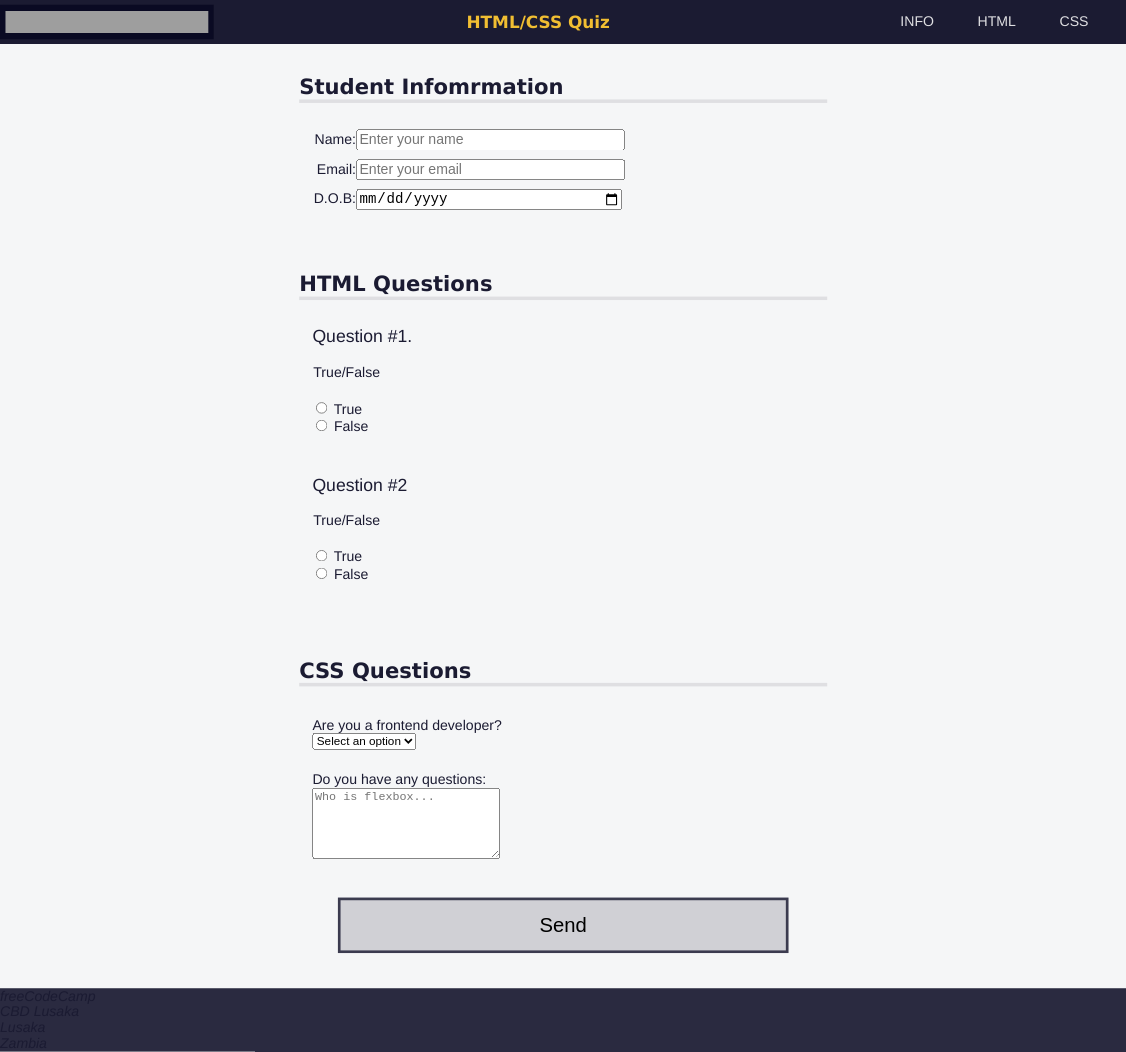
Repository: Lungdjos/accessibility_build_quiz
Page: index.html
The author's editor kept a copy of each file at every save. The page is drawn from the files as they stood at one save, then again after the next save.
The browser window is 1280 px wide. The pictures show the whole page, at 88% of full size.
Pictures or frames that could not be fetched are drawn as grey boxes.

Above is the page before, as saved 2023-10-30 09:55:42.

### index.html
<!DOCTYPE html>
<html lang="en">

<head>
    <meta charset="UTF-8">
    <meta name="viewport" content="width=device-width, initial-scale=1.0">
    <meta name="description" content="Accessibility">
    <title>HTML/CSS Test Quiz</title>
    <link rel="stylesheet" href="styles.css">
</head>

<body>
    <header>
        <img src="https://cdn.freecodecamp.org/platform/universal/fcc_primary.svg" alt="" id="logo">
        <h1>HTML/CSS Quiz</h1>
        <nav>
            <ul>
                <li>
                    <a href="#student-info">info</a></li>
                <li>
                    <a href="#html-questions">html</a></li>
                <li>
                    <a href="#css-questions">css</a></li>
            </ul>
        </nav>
    </header>
    <main>
        <form action="https://freecodecamp.org/practice-project/accessibility-quiz" method="post">
            <section role="region" aria-labelledby="student-info">
                <h2 id="student-info">Student Infomrmation</h2>
                <div class="info">
                    <label for="student-name">
                        Name:
                    </label><input type="text" name="name" id="student-name" placeholder="Enter your name">
                </div>
                <div class="info">
                    <label for="student-email">
                        Email:
                    </label><input type="email" name="email" id="student-email" placeholder="Enter your email">
                </div>
                <div class="info">
                    <label for="birth-date">
                        D.O.B:<span class="sr-only">(Date of Birth)</span>
                    </label><input type="date" name="dob" id="birth-date">
                </div>
            </section>

            <section role="region" aria-labelledby="html-questions">
                <h2 id="html-questions">HTML Questions</h2>
                <div class="question-block">
                    <p>1.</p>
                    <fieldset name="first-question" class="question">
                        <legend>True/False</legend>
                        <ul class="answers-list">
                            <li>
                                <label for="q1-a1">
                                    <input type="radio" value="true" name="q1-answ" id="q1-a1"> True
                                </label>
                            </li>
                            <li>
                                <label for="q1-a2">
                                    <input type="radio" value="false" name="q1-answ" id="q1-a2"> False
                                </label>
                            </li>
                        </ul>
                    </fieldset>
                </div>
                <div class="question-block">
                    <p>2</p>
                    <fieldset name="second-question" class="question">
                        <legend>True/False</legend>
                        <ul class="answers-list">
                            <li>
                                <label for="q2-a1">
                                    <input type="radio" value="true" name="q2-answ" id="q2-a1"> True
                                </label>
                            </li>
                            <li>
                                <label for="q2-a2">
                                    <input type="radio" value="false" name="q2-answ" id="q2-a2"> False
                                </label>
                            </li>
                        </ul>
                    </fieldset>
                </div>
            </section>

            <section role="region" aria-labelledby="css-questions">
                <h2 id="css-questions">CSS Questions</h2>
                <div class="formrow">
                    <div class="question-block">
                        <label for="customer">Are you a frontend developer?</label>
                    </div>
                    <div class="answer">
                        <select name="customer" id="customer" required>
                            <option value="">Select an option</option>
                            <option value="yes">Yes</option>
                            <option value="no">No</option>
                        </select>
                    </div>

                    <div class="question-block">
                        <label for="css-questions">Do you have any questions:</label>
                    </div>
                    <div class="answer">
                        <textarea name="css-questions" id="css-questions" rows="5" cols="24" placeholder="Who is flexbox..."></textarea>
                    </div>
                </div>
            </section>
            <button type="submit">Send</button>
        </form>
    </main>
    <footer>
        <address>
            freeCodeCamp<br/>
            CBD Lusaka<br/>
            Lusaka<br/>
            Zambia
        </address>
    </footer>
</body>

</html>

### styles.css
/*Content design */

body {
    background: #f5f6f7;
    color: #1b1b32;
    font-family: Helvetica;
    margin: 0;
}

h1 {
    color: #f1be32;
    font-size: min(5vw, 1.2em);
    text-align: center;
}

main {
    padding-top: 25px;
}

h1,
h2 {
    font-family: Verdana, Tahoma;
}

h2 {
    border-bottom: 4px solid #dfdfe2;
    margin-top: 0;
    padding-top: 60px;
}

.sr-only {
    position: absolute;
    width: 1px;
    height: 1px;
    padding: 0;
    margin: -1px;
    overflow: hidden;
    clip: rect(0, 0, 0, 0);
    white-space: nowrap;
    border: 0;
}

p::before {
    content: "Question #";
}

p {
    margin-top: 5px;
    padding-left: 15px;
    font-size: 20px;
}


/* Nav bar design */

header {
    width: 100%;
    height: 50px;
    background-color: #1b1b32;
    display: flex;
    justify-content: space-between;
    align-items: center;
    position: fixed;
    top: 0;
}

#logo {
    width: max(100px, 18vw);
    background-color: #0a0a23;
    aspect-ratio: 35 / 4;
    padding: 0.4rem;
}

nav {
    width: 50%;
    max-width: 300px;
    height: 50px;
}

nav>ul {
    display: flex;
    justify-content: space-evenly;
    text-transform: uppercase;
    align-items: center;
    padding-inline-start: 0;
    margin-block: 0;
    height: 100%;
    flex-wrap: wrap;
}

nav li {
    color: #dfdfe2;
    margin: 0 0.2rem;
    padding: 0.2rem;
    display: block;
}

li>a {
    color: inherit;
}

nav li>a {
    text-decoration: none;
}

nav li>a:hover {
    text-decoration: none;
    background-color: #dfdfe2;
    color: #1b1b32;
    cursor: pointer;
}


/* Form design */

section {
    width: 80%;
    max-width: 600px;
    margin: 0 auto 10px auto;
}

.question {
    /* border-radius: 5px; */
    border: none;
    padding-bottom: 0;
}

.info {
    padding: 10px 0 0 5px;
}

.info input {
    width: 50%;
    text-align: left;
}

.info label {
    width: 10%;
    min-width: 55px;
}

.info input,
.info label {
    display: inline-block;
}

label {
    text-align: right;
}

.formrow {
    margin-top: 30px;
    padding: 0px 15px;
}

input {
    font-size: 16px;
}

.question-block {
    text-align: left;
    display: block;
    width: 100%;
    margin-top: 20px;
    padding-top: 5px;
}

.answers-list {
    list-style: none;
    padding: 0;
}

button {
    display: block;
    margin: 40px auto;
    width: 40%;
    padding: 15px;
    font-size: 23px;
    background: #d0d0d5;
    border: 3px solid #3b3b4f;
}

button:hover {
    background: #3b3b4f;
    color: #d0d0d5;
    border-radius: 3px;
}


/* Footer design */

footer {
    background-color: #2a2a40;
    flex: content color: #fff;
}

After the next save:
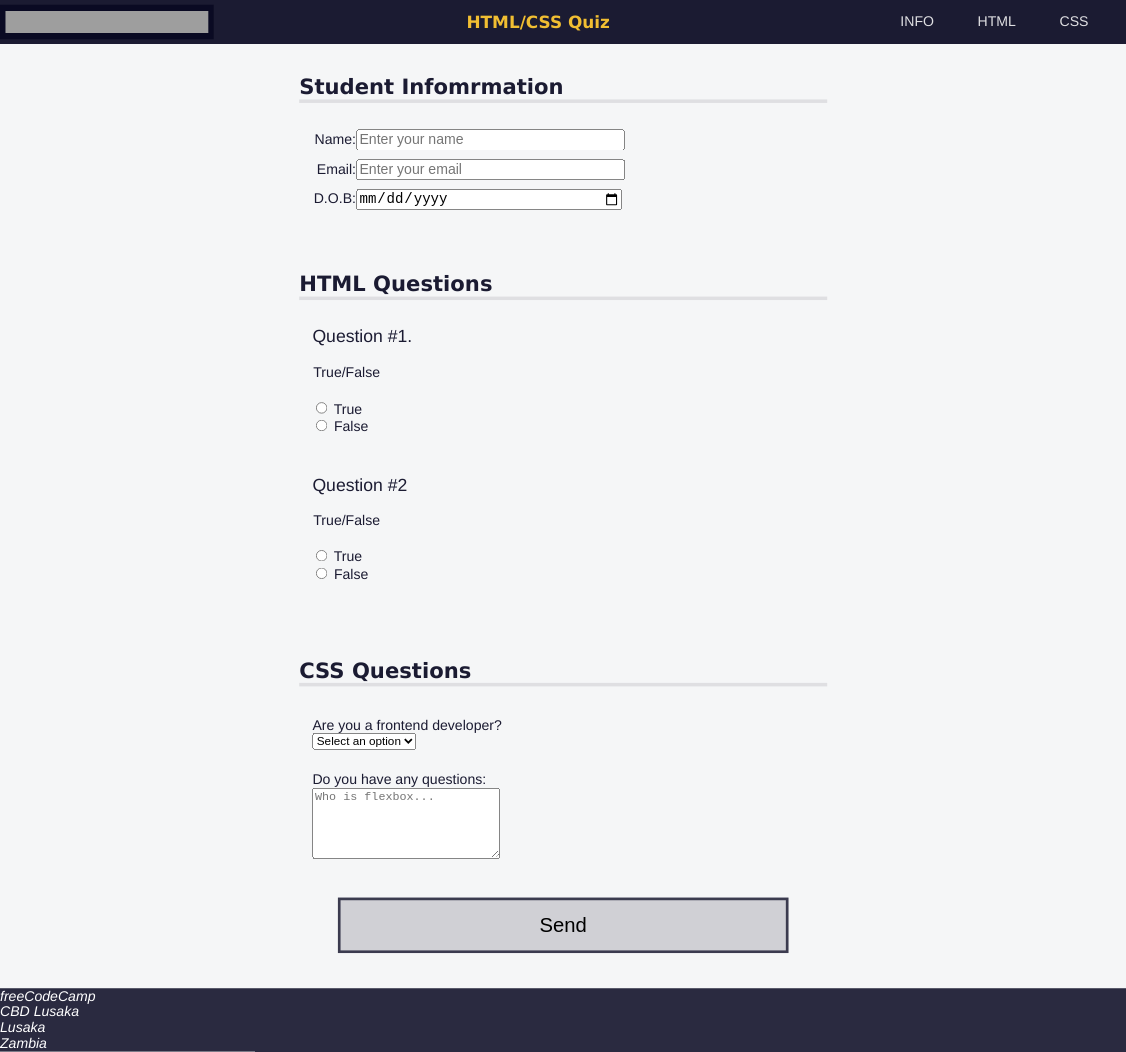
Saved 4 s later.
--- a/styles.css
+++ b/styles.css
@@ -191,5 +191,6 @@ button:hover {
 
 footer {
     background-color: #2a2a40;
-    flex: content color: #fff;
+    flex: content;
+    color: #fff;
 }
